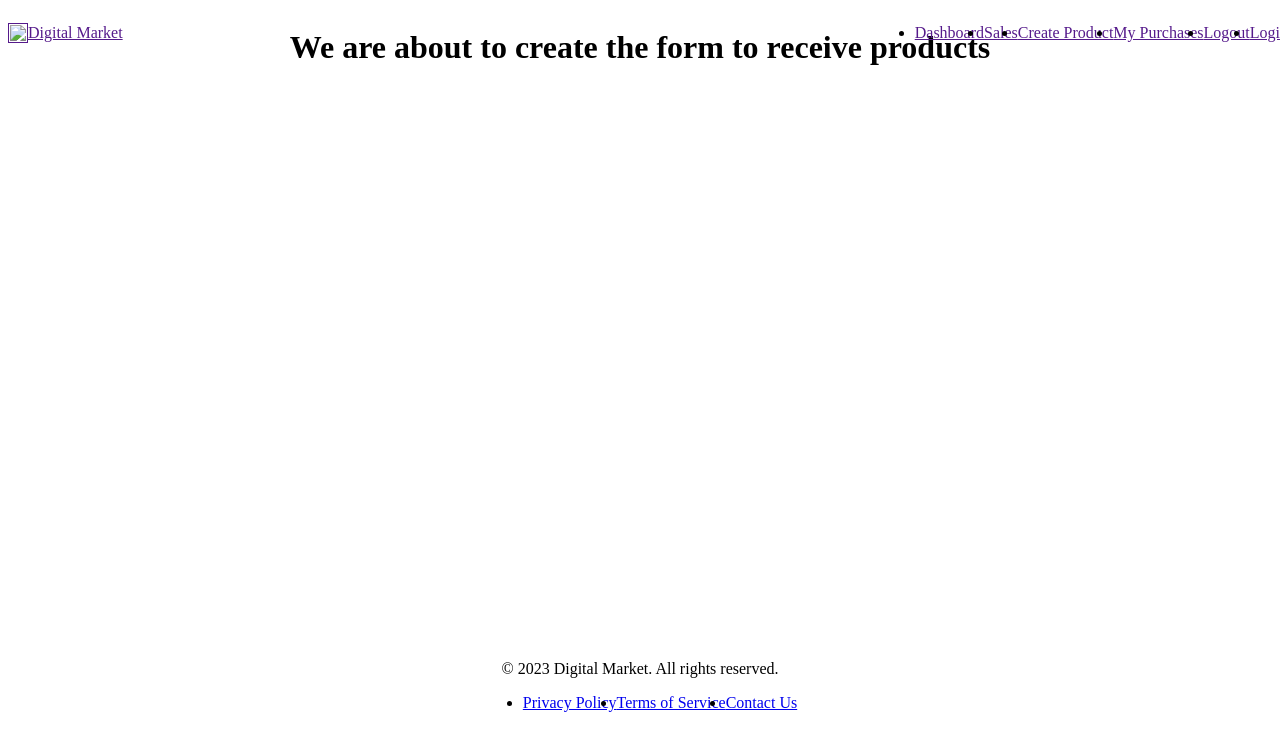
Repository: Zedestar/DigitalMarket_django
Page: http://localhost/create_product
The author's editor kept a copy of each file at every save. The page is drawn from the files as they stood at one save, then again after the next save.
The browser window is 1280 px wide. The pictures show the whole page.
The page is served by the project's application, run on Django 5.2 (manage.py). Other server files are loaded and not shown. Style sheets and scripts are compiled from the project's sources, by tool versions that may differ from the author's. Queries for data that is not in the repository find no rows.

Above is the page before, as saved 2025-03-27 21:37:58.

### myapp/templates/myapp/create_product.html
{% extends 'base.html' %}
{% block body %}
    <div class="shadow-lg flex items-center justify-center h-full w-full">
        <form action="" method="POST">
            <h1>We are about to create the form to receive products</h1>
        </form>
    </div>
{% endblock body %}

### templates/base.html
{% load static %}
<!DOCTYPE html>
<html lang="en">
    <head>
        <meta charset="UTF-8">
        <meta name="viewport" content="width=device-width, initial-scale=1.0">
        <meta name="keywords">
        <meta name="description">
        <title>Document</title>
        <link rel="stylesheet" href="{% static 'tailwind/styles.css' %}">
    </head>
    <body class="bg-gray-200 flex flex-col min-h-screen">
        {% include 'partials/navbar.html' %}
        <main class="flex-1 mt-10">
            {% block body %}
            {% endblock body %}
        </main>
        {% include 'partials/footer.html' %}
    </body>
</html>

### templates/partials/navbar.html
<nav class="fixed top-0 w-full z-10">
    <div class="flex justify-between shadow-lg py-2 text-sm font-medium">
        <a href="" class="flex items-center justify-center ml-6">
            <img src="" alt="" height="20px" width="20px">
            <span class="mx-2 text-green-600 text-24">Digital Market</span>
        </a>
        <ul class="mr-6 flex">
            <li class="mx-4">
                <a href="">Dashboard</a>
            </li>
            <li class="mx-4">
                <a href="">Sales</a>
            </li>
            <li class="mx-4">
                <a href="">Create Product</a>
            </li>
            <li class="mx-4">
                <a href="">My Purchases</a>
            </li>
            <li class="mx-4">
                <a href="">Logout</a>
            </li>
            <li class="mx-4">
                <a href="">Login</a>
            </li>
        </ul>
    </div>
</nav>

### templates/partials/footer.html
<footer class="bg-gray-200 text-black py-1 shadow-lg bottom-0 w-full">
    <div class="container mx-auto text-center">
        <p>&copy; 2023 Digital Market. All rights reserved.</p>
        <ul class="flex justify-center">
            <li class="mx-4">
                <a href="#" class="hover:underline">Privacy Policy</a>
            </li>
            <li class="mx-4">
                <a href="#" class="hover:underline">Terms of Service</a>
            </li>
            <li class="mx-4">
                <a href="#" class="hover:underline">Contact Us</a>
            </li>
        </ul>
    </div>
</footer>

### myapp/forms.py
from django import forms
from .models import Product

# - Creating the forms here

class ProductForm(forms.ModelForm):
    class Meta:
        model = Product
        fields = ["name", "description", "price", "category", "photo"]

### myapp/models.py
from django.db import models
from django.conf import settings

# Create your models here.


class Category(models.Model):
    name = models.CharField(max_length=100, null=False, blank=False)
    description = models.TextField(null=True, blank=True)

    def __str__(self):
        return self.name



class Product(models.Model):
    name = models.CharField(max_length=100, null=False, blank=False)
    description = models.TextField()
    price = models.FloatField(null=False, blank=False)
    category = models.ForeignKey(Category, blank=False, null=True, on_delete=models.SET_NULL)
    photo = models.ImageField(upload_to='product-photos')
    created_at = models.DateTimeField(auto_now_add=True)
    updated_at = models.DateTimeField(auto_now=True)

    def __str__(self):
        return self.name


class Order(models.Model):
    user = models.ForeignKey(settings.AUTH_USER_MODEL, related_name="orders", on_delete=models.PROTECT)
    created_at = models.DateTimeField(auto_now_add=True)
    updated_at = models.DateTimeField(auto_now=True)
    total_amount = models.FloatField(default=0)
    status = models.CharField(max_length=100, choices=[
        ('Pending', 'Pending'),
        ('Completed', 'Completed'),
        ('Cancelled', 'Cancelled'),
        ], default='Pending')

    def __str__(self):
        return f"{ self.user.username} - {self.total_amount}"



class OrderItem(models.Model):
    order = models.ForeignKey(Order, related_name="items", on_delete=models.CASCADE)
    product = models.ForeignKey(Product, on_delete=models.PROTECT)
    quantity = models.IntegerField(default=1)
    color = models.CharField(max_length=100, choices=[
        ('Red', 'Red'),
        ('Blue', 'Blue'),
        ('Green', 'Green'),
        ('Brown', 'Brown'),

    ],  default='Red')



    def __str__(self):
        return f"Delivery {self.order.user} - {self.status}"

### myapp/views.py
from django.shortcuts import render
from .models import Product
from .forms import ProductForm

# Create your views here.


def index(request):
    products = Product.objects.all()
    context = {
        'products' : products
    }
    return render(request, 'myapp/index.html', context=context)


def product_details(request, pk):
    product = Product.objects.get(pk=pk)
    context = {
        'product' : product
    }
    return render(request, 'myapp/product_details.html', context=context)


def create_product(request):
    form = ProductForm()
    context = {
        "form" : form,
    }
    return render(request, 'myapp/create_product.html', context=context)

### DigitalMarket/urls.py
"""
URL configuration for DigitalMarket project.

The `urlpatterns` list routes URLs to views. For more information please see:
    https://docs.djangoproject.com/en/5.1/topics/http/urls/
Examples:
Function views
    1. Add an import:  from my_app import views
    2. Add a URL to urlpatterns:  path('', views.home, name='home')
Class-based views
    1. Add an import:  from other_app.views import Home
    2. Add a URL to urlpatterns:  path('', Home.as_view(), name='home')
Including another URLconf
    1. Import the include() function: from django.urls import include, path
    2. Add a URL to urlpatterns:  path('blog/', include('blog.urls'))
"""
from django.contrib import admin
from django.urls import path, include
from django.conf import settings
from django.conf.urls.static import static

urlpatterns = [
    path('admin/', admin.site.urls),
    path('', include('myapp.urls')),
]

urlpatterns += static(settings.MEDIA_URL, document_root=settings.MEDIA_ROOT)

### myapp/urls.py
from .  import views
from django.urls import path

urlpatterns = [
    path('', views.index, name='index_view'),
    path('product_details/<str:pk>/', views.product_details, name='product_details'),
    path('create_product', views.create_product, name='create_product'),
]

Loaded but not shown: static/tailwind/tailwindClasses.css (common file)

After the next save:
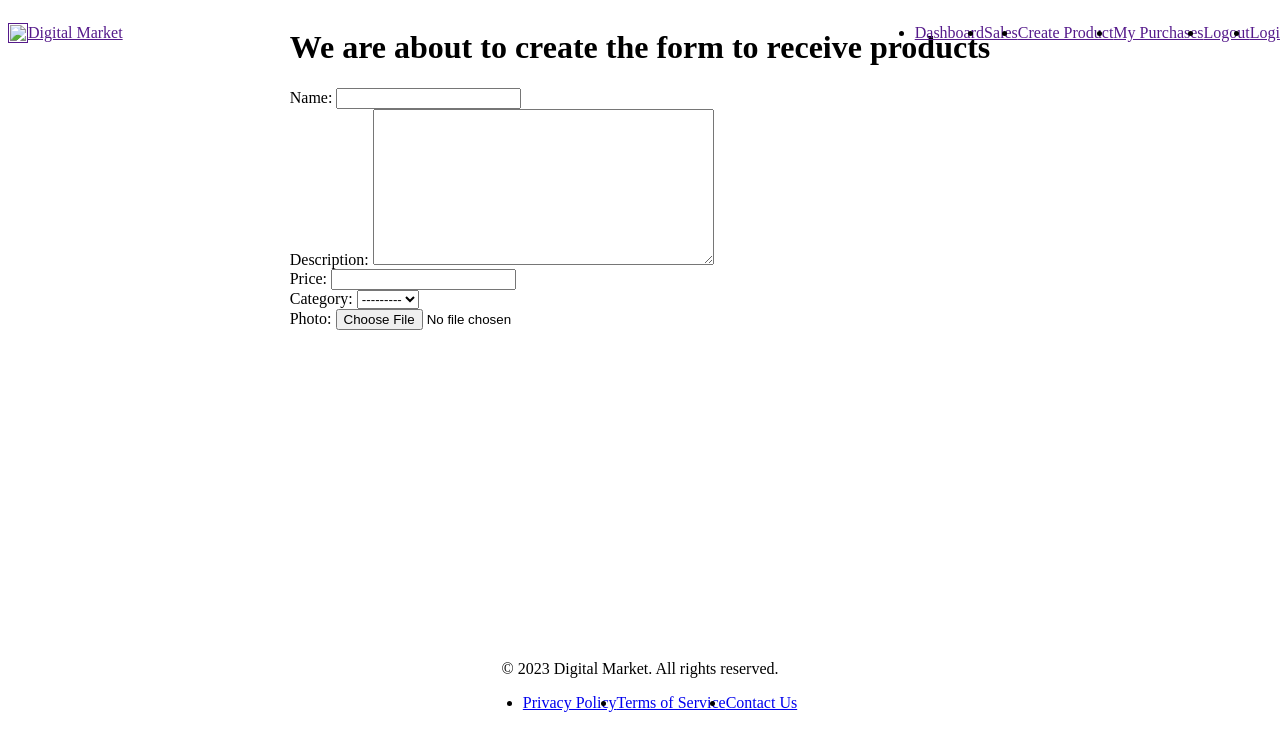
Saved 13 s later.
--- a/myapp/templates/myapp/create_product.html
+++ b/myapp/templates/myapp/create_product.html
@@ -3,6 +3,7 @@
     <div class="shadow-lg flex items-center justify-center h-full w-full">
         <form action="" method="POST">
             <h1>We are about to create the form to receive products</h1>
+            {{ form }}
         </form>
     </div>
 {% endblock body %}
